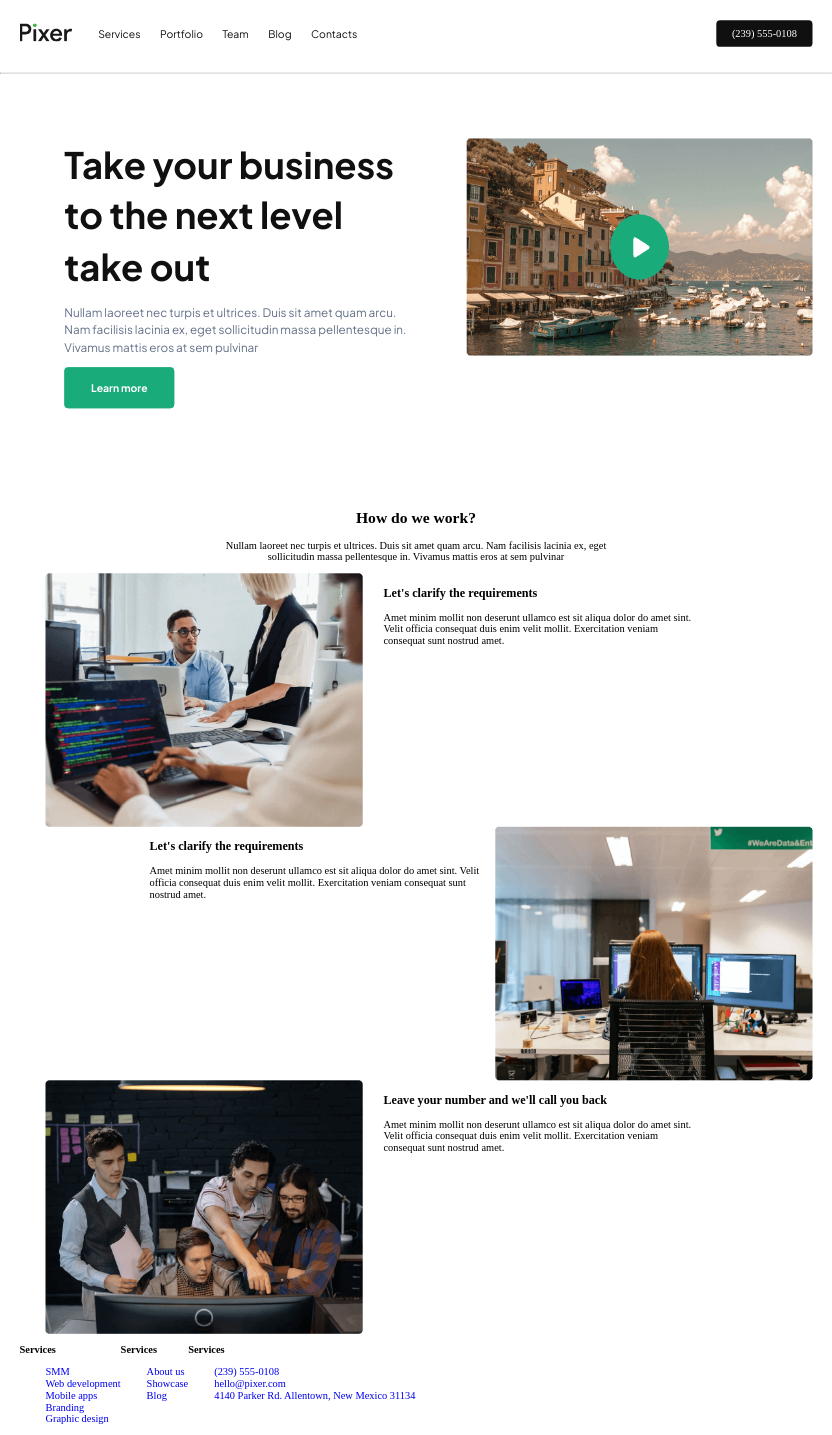
Repository: UlugbekAbdurasulov/pixar
Page: index.html
These files come from the project's save history. The page is drawn as it stood at one moment and after the next save; the edit follows.
The browser window is 1280 px wide. The pictures show the whole page, at 65% of full size.

Above is the page before, as saved 2023-06-05 02:08:09.

### index.html
<!DOCTYPE html>
<html lang="en">
  <head>
    <meta charset="UTF-8" />
    <meta http-equiv="X-UA-Compatible" content="IE=edge" />
    <meta name="viewport" content="width=device-width, initial-scale=1.0" />

    <link rel="stylesheet" href="./css/main.css" />
    <title>Imthon</title>
  </head>
  <body>
    <header class="navbar">
      <div class="container">
        <div class="navbar-box">
          <div class="navvar-right">
            <a href="#"
              ><img
                src="./image/logo.svg"
                width="81"
                height="28"
                alt="pixer campaign lagatip"
            /></a>

            <nav class="navbar-naving">
              <ul class="navvar-helper">
                <li class="navbar-menu">
                  <a class="navbar-menu-link" href="#"><p>Services</p></a>
                </li>
                <li class="navbar-menu">
                  <a class="navbar-menu-link" href="#"><p>Portfolio</p></a>
                </li>
                <li class="navbar-menu">
                  <a class="navbar-menu-link" href="#"><p>Team</p></a>
                </li>
                <li class="navbar-menu">
                  <a class="navbar-menu-link" href="#"><p>Blog</p></a>
                </li>
                <li class="navbar-menu">
                  <a class="navbar-menu-link" href="#"><p>Contacts</p></a>
                </li>
              </ul>
            </nav>
          </div>
          <div class="navbar-link">
            <a class="navbar-enker" href="tel:2395550108">(239) 555-0108 </a>
          </div>
        </div>
      </div>
    </header>
    <hr />


        <div class="container">
            <div  class="hero">
                <div class="hero-wrapper">
                    <div class="hero-wrapper-information">
                        <h1 class="hero-wrapper-footer">
                            Take your   business to the next level take out
                        </h1>
                        <p class="hero-wrapper-text">
                            Nullam laoreet nec turpis et ultrices. Duis sit amet quam arcu. Nam facilisis lacinia ex, eget sollicitudin massa pellentesque in. Vivamus mattis eros at sem pulvinar
                        </p>
                       <a class="hero-wrapper-enker" href="#">Learn more</a>
                    </div>
                    <img src="./image/You-Tube.png" width="532" height="334" alt="">
                </div>
            </div>
</div>
    </menu>
    <section>
    <!-- text -->
    </section>


  <section>
    <div class="container">

      <div class="Services">
        <h2>How do we work?</h2>
        <p>Nullam laoreet nec turpis et ultrices. Duis sit amet quam arcu. Nam facilisis lacinia ex, eget sollicitudin massa pellentesque in. Vivamus mattis eros at sem pulvinar</p>
      </div>
   <ul>
    <li class="services-work"><img src="./image/lissining.png" alt=""> <div class="Services-cantent"><h3>Let's clarify the requirements</h3> <p> Amet minim mollit non deserunt ullamco est sit aliqua dolor do amet sint. Velit officia consequat duis enim velit mollit. Exercitation veniam consequat sunt nostrud amet. </p></div></li>
    <li class="services-work roower"><img src="./image/work.png" alt=""> <div class="Services-cantent cantent"><h3>Let's clarify the requirements</h3> <p> Amet minim mollit non deserunt ullamco est sit aliqua dolor do amet sint. Velit officia consequat duis enim velit mollit. Exercitation veniam consequat sunt nostrud amet. </p></div></li>
    <li class="services-work"><img src="./image/team.png" alt=""> <div class="Services-cantent"><h3>Leave your number and we'll call you back</h3> <p> Amet minim mollit non deserunt ullamco est sit aliqua dolor do amet sint. Velit officia consequat duis enim velit mollit. Exercitation veniam consequat sunt nostrud amet. </p></div></li>
   </ul>
    </div>
  </section>

  <footer>


      <div class="sayt-footer-start">

        <div class="container">
<div class="sayt-footer-start-box">
  <div class="sayt-footer-start-services">
    <strong>Services</strong>
    <ul>
      <li><a href="#"> SMM </a></li>
      <li><a href="#"> Web development</a></li>
      <li><a href="#"> Mobile apps </a></li>
      <li><a href="#"> Branding </a></li>
      <li><a href="#"> Graphic design </a></li>
    </ul>

  </div>
  <div class="sayt-footer-start-Resources">
    <strong>Services</strong>
    <ul>
      <li><a href="#">About us</a></li>
      <li><a href="#">Showcase</a></li>
      <li><a href="#">Blog</a></li>
    </ul>

  </div>

  <div class="sayt-footer-start-Connect">
    <strong>Services</strong>
    <ul>
      <li><a href="#">(239) 555-0108</a></li>
      <li><a href="#">hello@pixer.com</a></li>
      <li><a href="#">4140 Parker Rd. Allentown, New Mexico 31134</a></li>

    </ul>

  </div>
</div>

        </div>

      </div>
      <div class="sayt-footer-bottom">
        <div class="container"></div>
      </div>

  </footer>
  </body>
</html>

### css/main.css
/* plus-jakarta-sans-regular - latin */
@font-face {
  font-display: swap; /* Check https://developer.mozilla.org/en-US/docs/Web/CSS/@font-face/font-display for other options. */
  font-family: "Plus Jakarta Sans";
  font-style: normal;
  font-weight: 400;
  src: url("../fontFamly/plus-jakarta-sans-v7-latin-regular.woff2")
      format("woff2"),
    /* Chrome 36+, Opera 23+, Firefox 39+, Safari 12+, iOS 10+ */
      url("../fontFamly/plus-jakarta-sans-v7-latin-regular.woff") format("woff"); /* Chrome 5+, Firefox 3.6+, IE 9+, Safari 5.1+, iOS 5+ */
}

@font-face {
  font-display: swap; /* Check https://developer.mozilla.org/en-US/docs/Web/CSS/@font-face/font-display for other options. */
  font-family: "Plus Jakarta Sans";
  font-style: italic;
  font-weight: 500;
  src: url("../fontFamly/plus-jakarta-sans-v7-latin-500italic.woff2")
      format("woff2"),
    /* Chrome 36+, Opera 23+, Firefox 39+, Safari 12+, iOS 10+ */
      url("../fontFamly/plus-jakarta-sans-v7-latin-500italic.woff")
      format("woff"); /* Chrome 5+, Firefox 3.6+, IE 9+, Safari 5.1+, iOS 5+ */
}

@font-face {
  font-display: swap; /* Check https://developer.mozilla.org/en-US/docs/Web/CSS/@font-face/font-display for other options. */
  font-family: "Plus Jakarta Sans";
  font-style: normal;
  font-weight: 600;
  src: url("../fontFamly/plus-jakarta-sans-v7-latin-600.woff2") format("woff2"),
    /* Chrome 36+, Opera 23+, Firefox 39+, Safari 12+, iOS 10+ */
      url("../fontFamly/plus-jakarta-sans-v7-latin-600.woff") format("woff"); /* Chrome 5+, Firefox 3.6+, IE 9+, Safari 5.1+, iOS 5+ */
}

@font-face {
  font-display: swap; /* Check https://developer.mozilla.org/en-US/docs/Web/CSS/@font-face/font-display for other options. */
  font-family: "Plus Jakarta Sans";
  font-style: normal;
  font-weight: 700;
  src: url("../fontFamly/plus-jakarta-sans-v7-latin-700.woff2") format("woff2"),
    /* Chrome 36+, Opera 23+, Firefox 39+, Safari 12+, iOS 10+ */
      url("../fontFamly/plus-jakarta-sans-v7-latin-700.woff") format("woff"); /* Chrome 5+, Firefox 3.6+, IE 9+, Safari 5.1+, iOS 5+ */
}

* {
  box-sizing: border-box;
  text-decoration: none;
  list-style: none;
}
body {
  margin: 0;
  padding: 0;
  background-color: #fff;
}
.container {
  width: 1260px;
  margin: 0px auto;
  padding: 0 20px;
}
.navbar-box {
  padding-top: 24px;
  padding-bottom: 24px;
  display: flex;
  justify-content: space-between;
  align-items: center;
  margin: 0;
}

.navvar-right {
  display: flex;
  justify-content: center;
  align-items: center;
  margin: 0;
}
.navvar-helper {
  display: flex;
  margin: 0;
}
.navbar-menu {
  margin-right: 30px;
}
.navbar-enker {
  color: #fff;
  margin: auto right;
  background: #101010;
  border-radius: 6px;
  padding: 12px 24px;
  margin-top: 24px;
}
.navbar-menu-link :hover {
  color: #1aab7b;
}
.navbar-menu-link :active {
  color: #1aab7b;
}

.hr {
  background: #ffffff;
  border-bottom: 1px solid #eeeef4;
}
.hero {
  padding-top: 91px;
  padding-bottom: 156px;
}
.hero-wrapper {
  display: flex;
  justify-content: space-between;
  margin: 0;
}
.hero-wrapper-information {
  width: 550px;
  margin: 0 auto;
}

.hero-wrapper-footer {
  font-family: "Plus Jakarta Sans";
  font-style: normal;
  font-weight: 700;
  font-size: 56px;
  line-height: 140%;
  color: #101010;
  margin: 0;
}
.hero-wrapper-text {
  font-family: "Plus Jakarta Sans";
  font-style: normal;
  font-weight: 400;
  font-size: 18px;
  line-height: 150%;
  color: #636f87;

  margin-bottom: 40px;
}

/* .navbar-link{
        margin: 0 auto;
        padding-top: 24px;
    } */
.navbar-menu-link {
  font-family: "Plus Jakarta Sans";
  font-style: normal;
  font-weight: 500;
  font-size: 16px;
  line-height: 150%;

  color: #101010;
}
.hero-wrapper-enker {
  font-family: "Plus Jakarta Sans";
  font-style: normal;
  font-weight: 700;
  font-size: 16px;
  line-height: 120%;

  text-align: center;
  padding: 20px 40px;
  color: #fff;
  border: 1px #1aab7b solid;
  background-color: #1aab7b;
  border-radius: 6px;
}

.hero-wrapper-enker:hover {
  background: #ffffff;
  border: 1.5px solid #1aab7b;
  border-radius: 6px;
  color: #1aab7b;
}
.hero-wrapper-enker :active {
  background-color: #1aab7b;
  opacity: 0.7;
  color: #fff;
}

.Services{
    width: 650px;
    /* margin: 0 auto; */

 margin: 0 auto;
text-align: center;
}
.services-work{
  display: flex;
}
.Services-cantent{
width: 488px;
margin-left: 32px;
}
.roower{
  flex-direction: row-reverse;
}
.cantent{
  width: 532px;
}
.sayt-footer-start-box{
  display: flex;

}
.sayt-footer-start-services{
  margin-right: ;
}
.sayt-footer-start-Connect{
  margin: 0 right;
}

### image/logo.svg
<svg width="81" height="28" viewBox="0 0 81 28" fill="none" xmlns="http://www.w3.org/2000/svg">
<path d="M0 27.3919V0.303287H9.34316C10.5077 0.295204 11.664 0.499932 12.7556 0.907471C13.7897 1.29072 14.742 1.86772 15.5618 2.6078C16.3947 3.36821 17.057 4.29789 17.5046 5.3351C17.9523 6.3723 18.175 7.49328 18.158 8.62358C18.1698 9.74744 17.9445 10.8611 17.497 11.8913C17.0496 12.9215 16.39 13.8449 15.5618 14.6008C14.7422 15.3412 13.7899 15.9182 12.7556 16.3011C11.6648 16.7088 10.5093 16.9139 9.34542 16.9065H4.25674V27.3862L0 27.3919ZM9.45604 12.8257C10.1017 12.8382 10.7431 12.7171 11.34 12.4697C11.8662 12.2485 12.3409 11.92 12.7341 11.5051C13.1055 11.1105 13.3993 10.649 13.5999 10.1448C13.7961 9.66446 13.8984 9.15069 13.9013 8.63152C13.8979 7.55157 13.4798 6.51456 12.7341 5.73642C12.3077 5.30129 11.7976 4.95789 11.2348 4.72715C10.672 4.49641 10.0684 4.38315 9.46056 4.39429H4.25674V12.8302L9.45604 12.8257Z" fill="#191919"/>
<path d="M21.4734 8.85371V27.3919H25.6556V8.85371H21.4734Z" fill="#191919"/>
<path d="M26.3611 2.83451C26.3674 3.20623 26.2989 3.57538 26.1598 3.91992C26.0208 4.26446 25.814 4.57731 25.5518 4.83977C25.2975 5.10879 24.9903 5.32169 24.6496 5.46494C24.3089 5.60819 23.9422 5.67864 23.573 5.6718V0.000627874C23.9422 -0.00592918 24.3088 0.0646457 24.6494 0.207876C24.9901 0.351106 25.2973 0.563865 25.5518 0.832657C25.8134 1.09484 26.0199 1.40716 26.1589 1.75105C26.2979 2.09495 26.3667 2.4634 26.3611 2.83451Z" fill="#35AF39"/>
<path d="M23.5696 0.000636352V5.67521C23.1955 5.68389 22.8238 5.61441 22.4779 5.47118C22.132 5.32795 21.8195 5.11409 21.5603 4.84318C21.2969 4.58076 21.0891 4.26751 20.9494 3.92231C20.8097 3.5771 20.7411 3.20708 20.7475 2.83452C20.7422 2.46314 20.8114 2.09449 20.9511 1.75055C21.0907 1.40662 21.2979 1.09445 21.5603 0.832666C21.8199 0.562198 22.1324 0.34864 22.4782 0.205443C22.824 0.0622456 23.1956 -0.00748732 23.5696 0.000636352Z" fill="#35AF39"/>
<path d="M34.8486 17.9709L28.481 8.85371H33.3417L37.3343 14.7176H37.4471L41.1722 8.85371H46.2203L39.7781 17.9709L46.3331 27.3919H41.3664L37.3726 21.3387H37.2598L33.2999 27.3919H28.3681L34.8486 17.9709Z" fill="#191919"/>
<path d="M65.2893 22.9653C64.4947 24.4194 63.3552 25.654 61.9717 26.5598C60.5419 27.5196 58.7843 27.9995 56.699 27.9995C55.3882 28.0133 54.088 27.7623 52.8757 27.2615C51.7354 26.7889 50.7032 26.0872 49.8426 25.1996C48.9783 24.302 48.2996 23.2413 47.8458 22.0789C47.3571 20.8192 47.1142 19.4769 47.1301 18.1251C47.1227 16.8268 47.3523 15.5382 47.8074 14.3231C48.2358 13.1637 48.8815 12.0975 49.7094 11.182C50.5737 10.2405 51.6261 9.49271 52.7979 8.98757C53.9696 8.48244 55.2344 8.23133 56.5094 8.25066C57.9392 8.25066 59.214 8.49022 60.3338 8.96934C61.4151 9.42349 62.3856 10.1076 63.1784 10.9746C63.9808 11.8743 64.5899 12.9305 64.9676 14.0771C65.3926 15.3558 65.6028 16.6966 65.5895 18.0446V18.3846C65.5654 18.4964 65.5526 18.6104 65.5512 18.7247C65.5266 18.8237 65.514 18.9253 65.5139 19.0274H51.3123C51.3651 19.8327 51.583 20.6185 51.9524 21.3353C52.2761 21.9571 52.7174 22.5096 53.2516 22.9619C53.7568 23.3856 54.3391 23.7067 54.9663 23.9073C55.562 24.1045 56.1847 24.2066 56.8119 24.21C58.016 24.21 59.0082 23.9202 59.7886 23.3405C60.5665 22.7601 61.2192 22.0274 61.7075 21.1868L65.2893 22.9653ZM61.4073 15.8149C61.3409 15.3791 61.2207 14.9534 61.0495 14.5476C60.85 14.0652 60.5555 13.6284 60.1837 13.2632C59.7461 12.8402 59.2354 12.5006 58.6767 12.2612C58.0619 11.9838 57.315 11.8452 56.436 11.8452C55.2319 11.8452 54.1957 12.2045 53.3273 12.9232C52.4588 13.6418 51.8749 14.6057 51.5753 15.8149H61.4073Z" fill="#191919"/>
<path d="M68.7547 8.85369H72.7055V11.6536H72.9313C73.1688 11.1616 73.4819 10.7102 73.8591 10.316C74.247 9.89965 74.6912 9.54019 75.1787 9.24817C75.6682 8.95657 76.186 8.71577 76.7241 8.5295C77.226 8.34898 77.7544 8.25397 78.2875 8.24837C78.8074 8.23859 79.3264 8.29612 79.8317 8.41954C80.2394 8.52653 80.632 8.68498 81 8.8911L79.7944 12.7123C79.4992 12.5808 79.1891 12.4856 78.8711 12.4289C78.4668 12.3607 78.0573 12.3288 77.6474 12.3337C77.0015 12.3262 76.3626 12.4698 75.7815 12.7531C75.2163 13.0321 74.7108 13.4195 74.2937 13.8935C73.8555 14.3945 73.5168 14.9752 73.2959 15.604C73.0551 16.2746 72.9339 16.9826 72.938 17.6954V27.3918H68.7614L68.7547 8.85369Z" fill="#191919"/>
</svg>

After the next save:
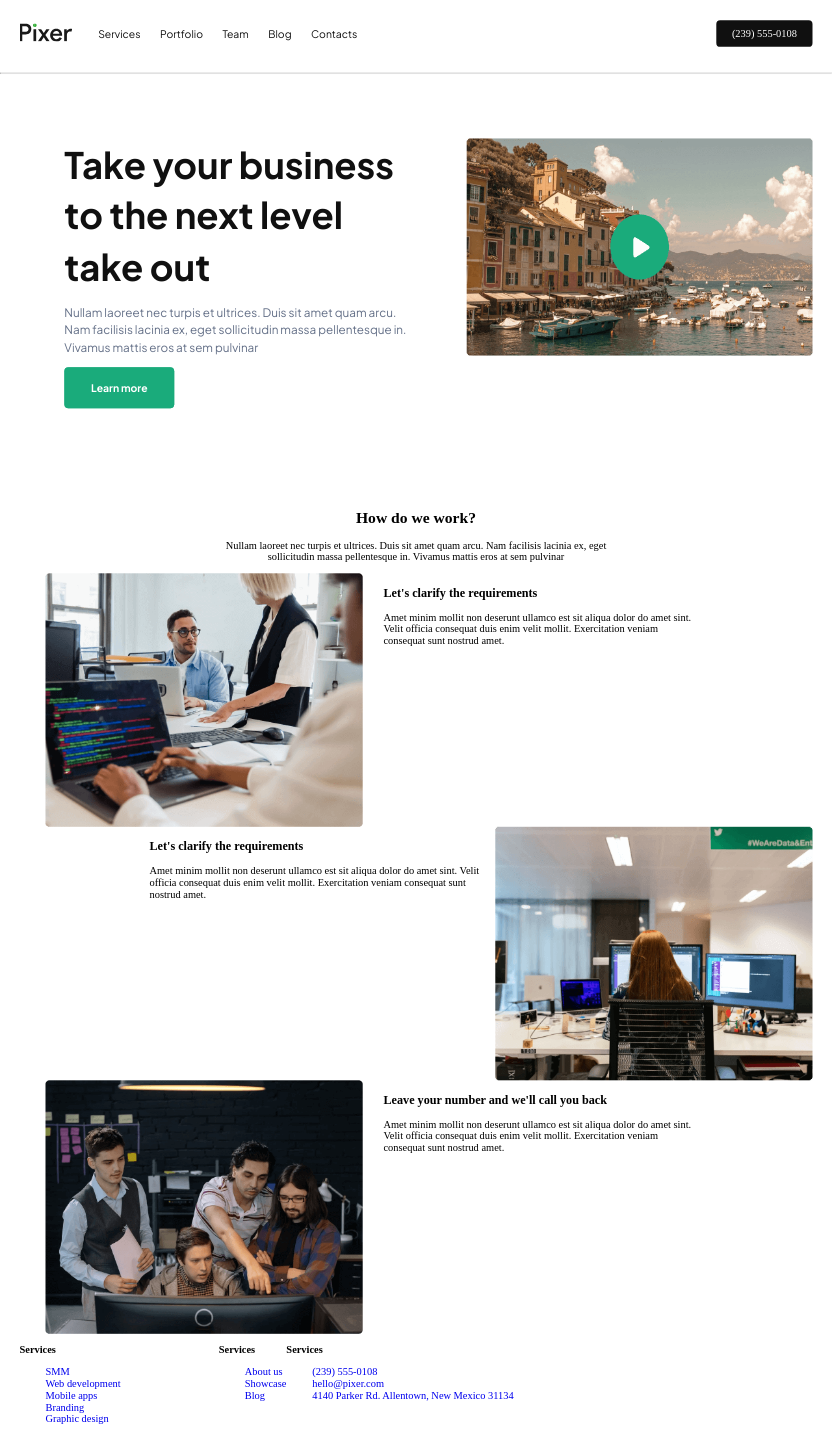
Saved 4 s later.
--- a/css/main.css
+++ b/css/main.css
@@ -197,7 +197,7 @@ margin-left: 32px;
 
 }
 .sayt-footer-start-services{
-  margin-right: ;
+  margin-right: 151px;
 }
 .sayt-footer-start-Connect{
   margin: 0 right;
